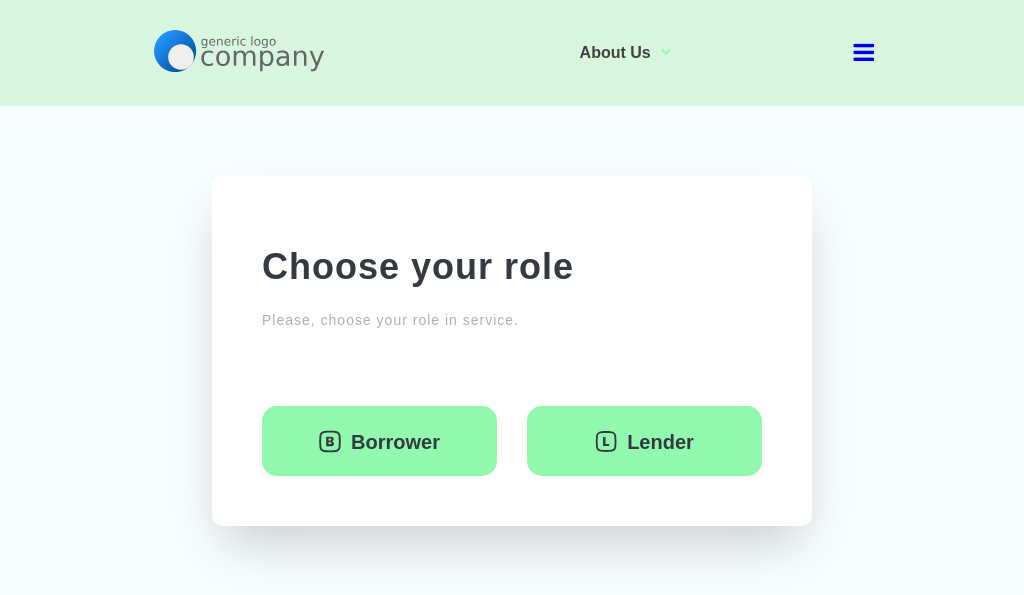
Repository: Andriy-Ma/widgetTask
Page: /
The author's editor kept a copy of each file at every save. The page is drawn from the files as they stood at one save, then again after the next save.
The browser window is 1024 px wide. The pictures show the whole page.
The page's requests for data from a server got no answer. Some web fonts or font styles are not loaded; a fallback is used. The project was rebuilt for these pictures with package versions that can differ from the ones it lists, and the page was loaded fresh each time. No one was signed in, and anything a server would have sent is missing. Also part of the build but not shown: src/components/Main/SelectedRoleForm/selectedRoleForm.module.css, src/components/Main/SelectedRoleForm/selectedRoleForm.jsx, src/components/Main/AgreeForm/agreeForm.module.css, src/components/Main/AgreeForm/agreeForm.jsx.

Above is the page before, as saved 2022-08-30 15:36:13.

After the next save:
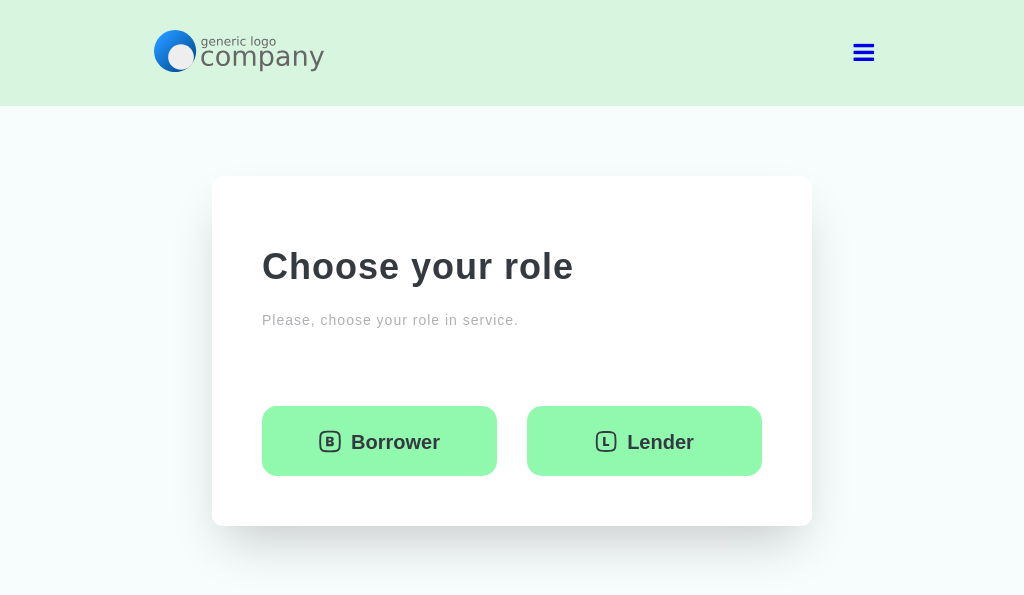
Saved 37 s later.
--- a/src/components/Header/header.module.css
+++ b/src/components/Header/header.module.css
@@ -22,9 +22,6 @@
     text-decoration: none;
     font-size: 16px;
     font-weight: 600;
-}
-.middleOfHeader a:last-child {
-    display: none;
 }
 .icon{
     transform: scale(1.5);
@@ -100,10 +97,6 @@
 
  @media screen and (max-width: 1200px) {
     .middleOfHeader a {display: none;}
-    .middleOfHeader a:last-child {
-      float: right;
-      display: block;
-    }
     .buttonsHeader{
         display: none;
     }
